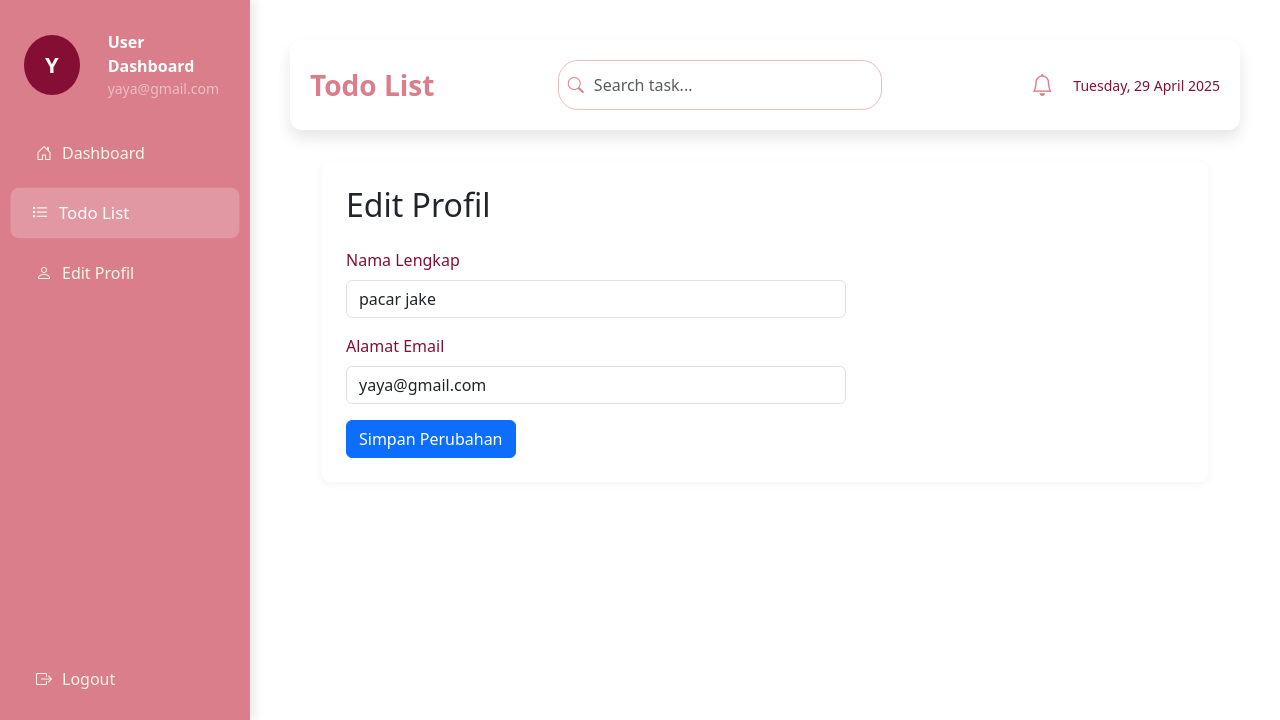
Repository: zhr-nabila/FloTime
Page: http://localhost/profile.php
These files come from the project's save history. The page is drawn as it stood at one moment and after the next save; the edit follows.
The browser window is 1280 px wide. The pictures show the whole page.
The page is run by PHP 8.4 with error messages shown; the project is at /var/www/html/. The session is filled in as if someone had signed in: {"email": "yaya@gmail.com", "status": "login", "user_id": 2}. The database holds what the project's SQL file puts in it.

Above is the page before, as saved 2025-04-29 22:57:42.

After the next save:
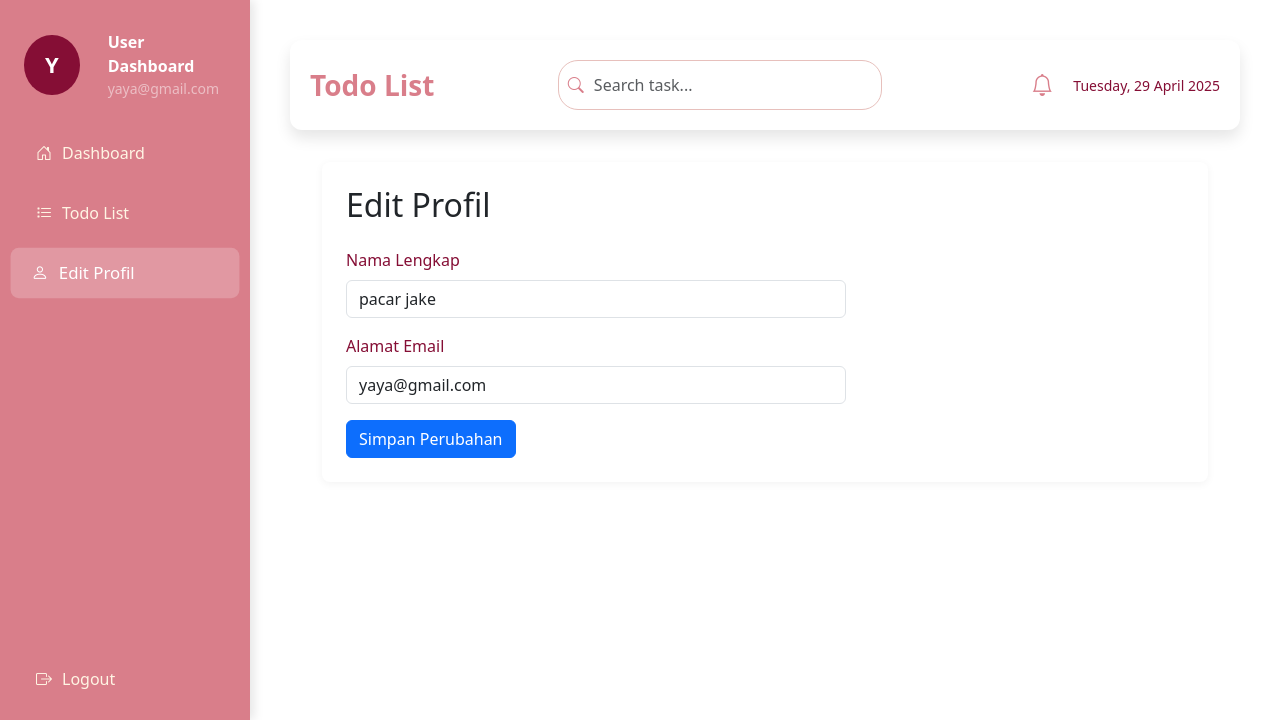
Saved 46 s later.
--- a/profile.php
+++ b/profile.php
@@ -46,7 +46,7 @@ if ($_SERVER["REQUEST_METHOD"] == "POST") {
 <body>
     <!-- sidebar -->
     <?php
-    $activePage = 'todo';
+    $activePage = 'profile';
     include 'includes/sidebar.php';
     ?>
 
